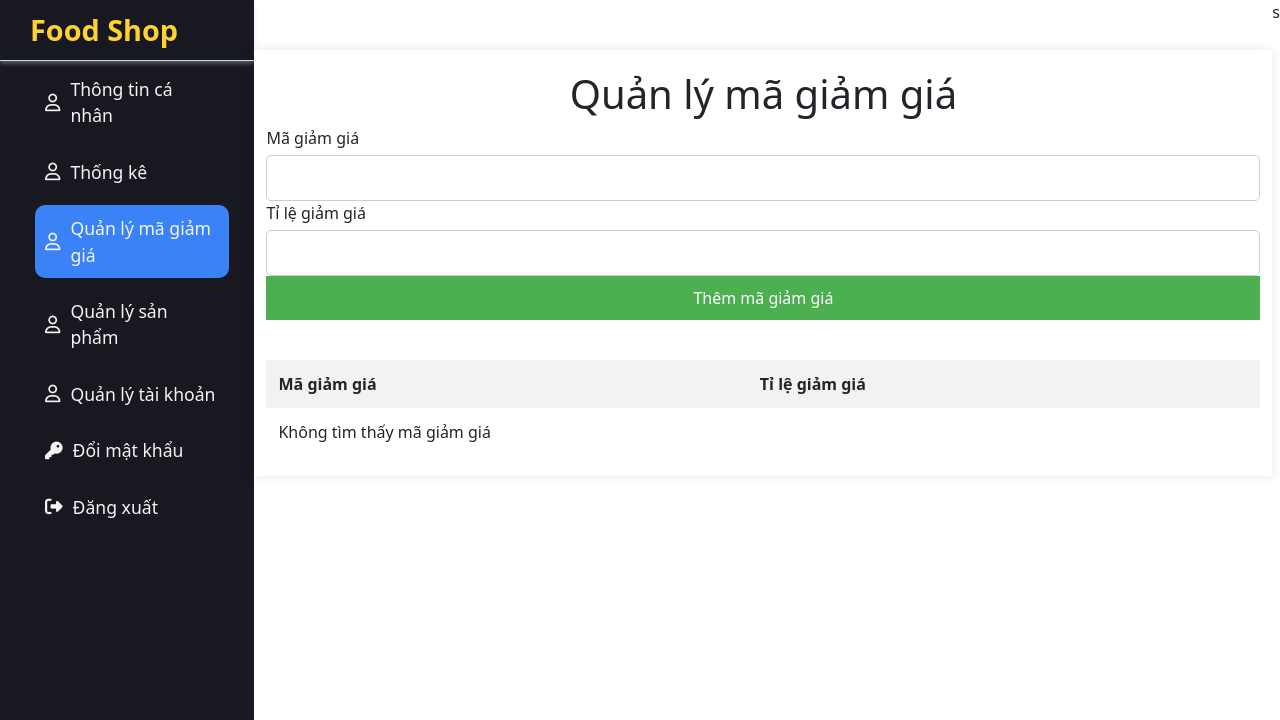
Repository: TuanAnhNguyen723/Restaurant-Projects
Page: http://localhost/discount/discount.php
An editor plug-in stored every save of this project. The page is shown before and after the next save, followed by the edit.
The browser window is 1280 px wide. The pictures show the whole page.
The page is run by PHP 8.4 with error messages shown; the project is at /var/www/html/. Queries for data that is not in the repository find no rows.

Above is the page before, as saved 2024-06-18 19:51:00.

After the next save:
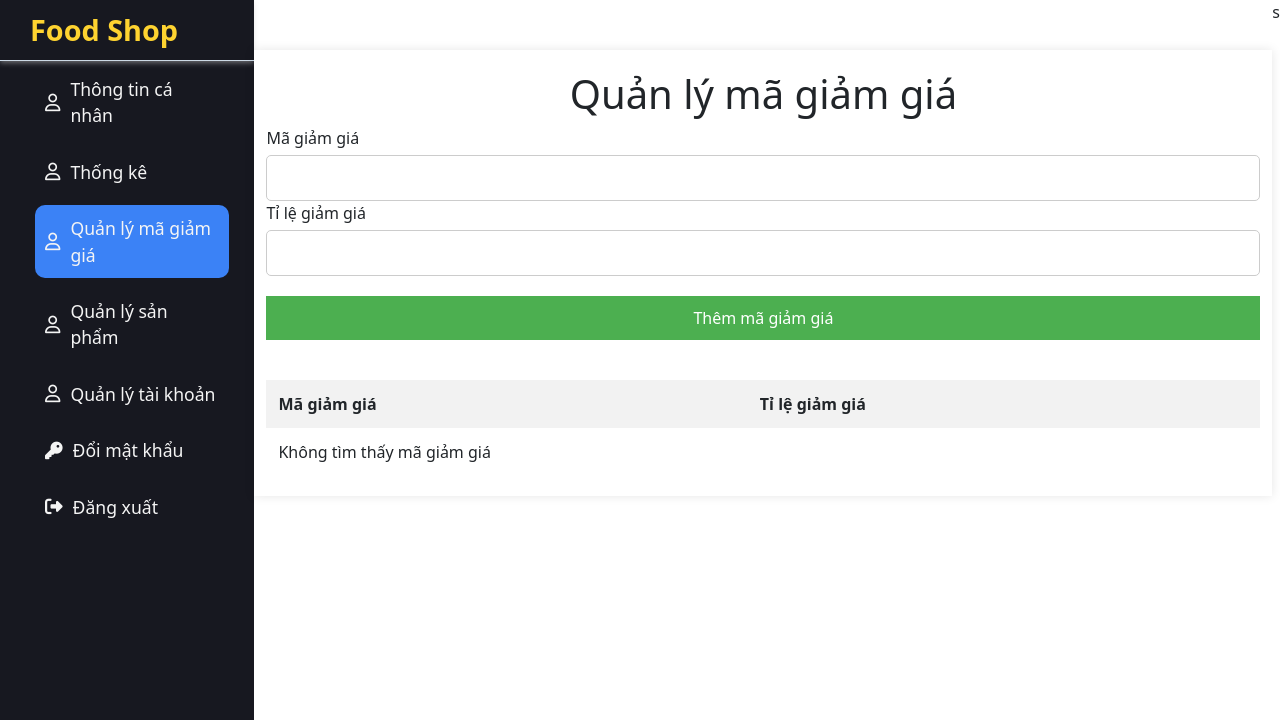
Saved 43 s later.
--- a/discount/discount.css
+++ b/discount/discount.css
@@ -171,7 +171,7 @@ button {
   border: none;
   border-radius: 5px;
   cursor: pointer;
-  margin-top: 20px;
+  margin-top: 20px !important;
 }
 
 button:hover {
